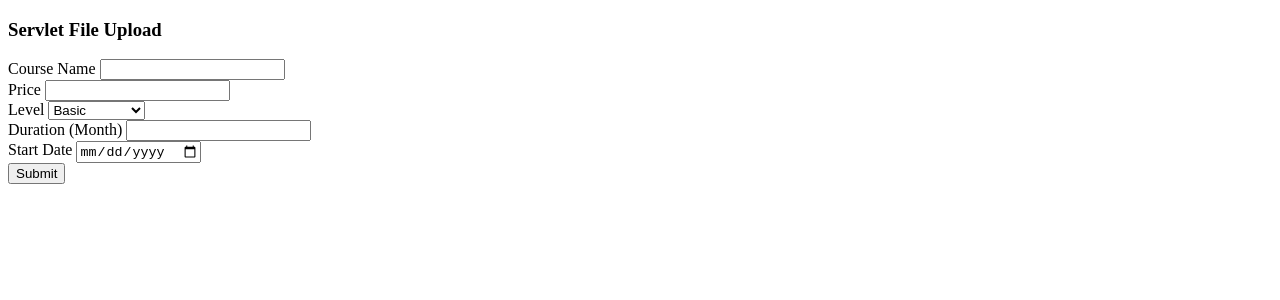
Repository: hnineiphyu-128/JavaEE_Exeercise_Lession
Page: http://localhost/07-Servlet-FileUpload/
These files come from the project's save history. The page is drawn as it stood at one moment and after the next save; the edit follows.
The browser window is 1280 px wide. The pictures show the whole page.
The page is served by Tomcat 9. Other server files are loaded and not shown.

Above is the page before, as saved 2020-12-21 09:21:05.

### 07-Servlet-FileUpload/src/main/webapp/index.jsp
<%@ page language="java" contentType="text/html; charset=ISO-8859-1"
    pageEncoding="ISO-8859-1"%>
<%@ taglib uri="http://java.sun.com/jsp/jstl/core" prefix="c" %>
<!DOCTYPE html>
<html>
<head>
<meta charset="ISO-8859-1">
<title>File Upload</title>
</head>
<body>

	<h3>Servlet File Upload</h3>
	<c:url value="/register" var="action"></c:url>
	<form action="${action}" method="" enctype="multipart/form-data">
		<div class="mb-3">
			<label for="name" class="form-label">Course Name</label>
			<input type="text" class="form-control" id="name" name="name" required="required">
		</div>
		<div class="mb-3">
			<label for="price" class="form-label">Price</label>
			<input type="number" class="form-control" id="price" name="price" required="required">
		</div>
		<div class="mb-3">
			<label for="level" class="form-label">Level</label>
			<select class="form-control" id="level" name="level" required="required">
				<option>Basic</option>
				<option>Intermediate</option>
				<option>Advance</option>
			</select>
		</div>
		<div class="mb-3">
			<label for="duration" class="form-label">Duration (Month)</label>
			<input type="number" class="form-control" id="duration" name="duration" required="required">
		</div>
		<div class="mb-3">
			<label for="startdate" class="form-label">Start Date</label>
			<input type="date" class="form-control" id="startdate" name="startdate" required="required">
		</div>
		<button type="submit" class="btn btn-primary">Submit</button>
	</form>

</body>
</html>

After the next save:
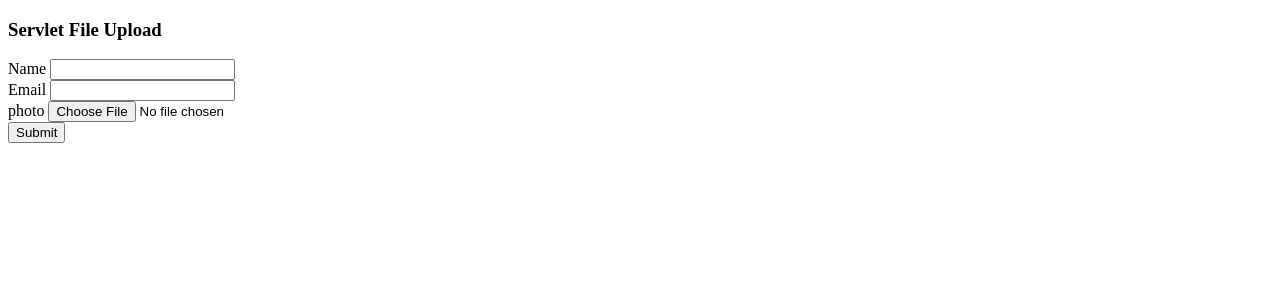
Saved 2 min 34 s later.
--- a/07-Servlet-FileUpload/src/main/webapp/index.jsp
+++ b/07-Servlet-FileUpload/src/main/webapp/index.jsp
@@ -11,30 +11,18 @@
 
 	<h3>Servlet File Upload</h3>
 	<c:url value="/register" var="action"></c:url>
-	<form action="${action}" method="" enctype="multipart/form-data">
+	<form action="${action}" method="post" enctype="multipart/form-data">
 		<div class="mb-3">
-			<label for="name" class="form-label">Course Name</label>
+			<label for="name" class="form-label">Name</label>
 			<input type="text" class="form-control" id="name" name="name" required="required">
 		</div>
 		<div class="mb-3">
-			<label for="price" class="form-label">Price</label>
-			<input type="number" class="form-control" id="price" name="price" required="required">
+			<label for="email" class="form-label">Email</label>
+			<input type="email" class="form-control" id="email" name="email" required="required">
 		</div>
 		<div class="mb-3">
-			<label for="level" class="form-label">Level</label>
-			<select class="form-control" id="level" name="level" required="required">
-				<option>Basic</option>
-				<option>Intermediate</option>
-				<option>Advance</option>
-			</select>
-		</div>
-		<div class="mb-3">
-			<label for="duration" class="form-label">Duration (Month)</label>
-			<input type="number" class="form-control" id="duration" name="duration" required="required">
-		</div>
-		<div class="mb-3">
-			<label for="startdate" class="form-label">Start Date</label>
-			<input type="date" class="form-control" id="startdate" name="startdate" required="required">
+			<label for="photo" class="form-label">photo</label>
+			<input type="file" class="form-control" id="photo" name="photo" required="required">
 		</div>
 		<button type="submit" class="btn btn-primary">Submit</button>
 	</form>
